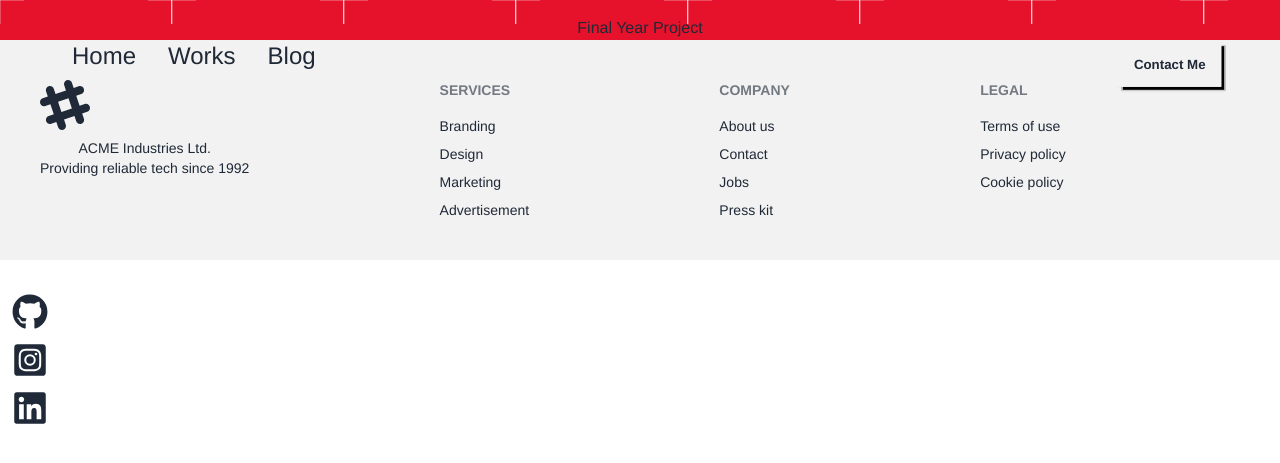
Repository: Ech026/echo-portfolio
Page: /echo-portfolio/my-work/echo-bike-app
An editor plug-in stored every save of this project. The page is shown before and after the next save, followed by the edit.
The browser window is 1280 px wide. The pictures show the whole page.
The project was rebuilt for these pictures with package versions that can differ from the ones it lists, and the page was loaded fresh each time. Also part of the build but not shown: vite.config.js, src/components/hero.jsx, src/components/main.jsx, src/components/project.jsx, src/components/works.jsx.

Above is the page before, as saved 2024-10-14 18:54:53.

### index.html
<!doctype html>
<html lang="en">
  <head>
    <meta charset="UTF-8" />
    <link rel="icon" type="image/svg+xml" href="/vite.svg" />
    <meta name="viewport" content="width=device-width, initial-scale=1.0" />
    <title>Aqil Aizuddin</title>
  </head>
  <body>
    <div id="root"></div>
    <script type="module" src="/src/main.jsx"></script>
  </body>
</html>

### src/main.jsx
import React from 'react'
import ReactDOM from 'react-dom/client'
import App from './App.jsx'
import './index.css'
import { BrowserRouter } from "react-router-dom";


ReactDOM.createRoot(document.getElementById('root')).render(
  <React.StrictMode>
    <BrowserRouter>
      <App />
    </BrowserRouter>
  </React.StrictMode>,
)

### src/App.jsx
import { useState } from 'react'
import reactLogo from './assets/react.svg'
import viteLogo from '/vite.svg'
import './App.css'

import { Route, Routes, useNavigate } from 'react-router-dom'


//component imports
import Main from './components/main'
import Works from './components/works'
import Blog from './components/works'
import Finalyearproj from './components/finalyearproj'


function App() {
  const [count, setCount] = useState(0)

  return (
    <>
      <Routes>
      <Route path="/echo-portfolio/" element= {
          <>
            <div className='bg bg-fixed w-screen '>
              <Main />
            </div>
          </>
        }
      />
      <Route path="/echo-portfolio/my-work" element= {
          <>
            <div className='bg bg-fixed w-screen '>
              <Works />
            </div>
          </>
        }
      />

      <Route path="/echo-portfolio/my-blog" element= {
          <>
            <div className='bg bg-fixed w-screen '>
              <Blog />
            </div>
          </>
        }
      />

      <Route path="/echo-portfolio/my-work/echo-bike-app" element= {
          <>
            <div className='bg bg-fixed w-screen '>
              <Finalyearproj />
            </div>
          </>
        }
      />

      </Routes>

    </>
  )
}

export default App

### src/App.css
#root {
  max-width: 100%;
  margin: 0 auto;
  text-align: center;
}

body{
  overflow-x: hidden;
  max-width: 100%;
}


.bg{
  background: radial-gradient(circle, transparent 20%, #e6122b 20%, #e6122b 80%, transparent 80%, transparent) 0% 0% / 172px 172px, radial-gradient(circle, transparent 20%, #e6122b 20%, #e6122b 80%, transparent 80%, transparent) 86px 86px / 172px 172px, linear-gradient(#ffffff 1.5px, transparent 1.5px) 0px -0.75px / 86px 86px, linear-gradient(90deg, #ffffff 1.5px, #e6122b 1.5px) -0.75px 0px / 86px 86px #e6122b;
  background-size: 172px 172px, 172px 172px, 86px 86px, 86px 86px;
  background-color: #e6122b;
}

.bg-2{
  background-image: radial-gradient(#e6122b 2px, transparent 2px);
  background-size: 80px 80px;
  background-color: #ffffff;
}

### src/components/finalyearproj.jsx
import React from 'react'
import Sidebar from './sidebar'
import Nav from './nav'
import Footer from './footer'

const finalyearproj = () => {
  return (
    <>
    <Sidebar/>
    <Nav/>

    <div>Final Year Project</div>
    <Footer/>
    </>
  )
}

export default finalyearproj

### src/components/sidebar.jsx
import React from 'react'
import { IconContext } from "react-icons";
import { FaGithub, FaInstagramSquare, FaLinkedin   } from "react-icons/fa";


const Sidebar = () => {
  return (
    <div className='z-10 fixed hidden md:flex flex-col justify-center h-screen'>
      <IconContext.Provider value={{ className: "m-3 text-4xl" }}>
        <div>
          <a href="#"><FaGithub /></a>
          <a href="#"><FaInstagramSquare /></a>
          <a href="https://www.linkedin.com/in/aqil-aizuddin-89616223b/" target='_blank'><FaLinkedin /></a>

        </div>
      </IconContext.Provider>
    </div>
  )
}

export default Sidebar

### src/components/nav.jsx
import React from 'react'
import { Link } from 'react-router-dom'

const Nav = () => {
  return (
    <>
      <div className='hidden md:flex justify-between w-screen text-2xl pt-10 absolute'>
          <div className='flex px-14'>
              <div className='px-4'><Link to={"/echo-portfolio/"}>Home</Link></div>
              <div className='px-4'><Link to={"/echo-portfolio/my-work"}>Works</Link></div>
              <div className='px-4'><Link to={"/echo-portfolio/my-blog"}>Blog</Link></div>

          </div>
          <div className='flex px-14 text-xl'>
              <button className='z-20 btn w-fit rounded-none'>Contact Me</button>
              <button className='btn w-fit rounded-none absolute mt-1 ml-1 bg-black'>Contact Me</button>


          </div>

      </div>
      <div className='flex justify-end p-2'>

      <details className="dropdown dropdown-end md:hidden absolute">
        <summary className="m-1 btn btn-circle swap swap-rotate float">
        {/* this hidden checkbox controls the state */}
        <input type="checkbox" />

        {/* hamburger icon */}
        <svg className="swap-off fill-current" xmlns="http://www.w3.org/2000/svg" width="32" height="32" viewBox="0 0 512 512"><path d="M64,384H448V341.33H64Zm0-106.67H448V234.67H64ZM64,128v42.67H448V128Z"/></svg>

        {/* close icon */}
        <svg className="swap-on fill-current" xmlns="http://www.w3.org/2000/svg" width="32" height="32" viewBox="0 0 512 512"><polygon points="400 145.49 366.51 112 256 222.51 145.49 112 112 145.49 222.51 256 112 366.51 145.49 400 256 289.49 366.51 400 400 366.51 289.49 256 400 145.49"/></svg></summary>

        <ul className="p-2 shadow menu dropdown-content z-[1] bg-base-100 rounded-box w-52">
          <li><a>Item 1</a></li>
          <li><a>Item 2</a></li>
        </ul>
      </details>

      </div>
    </>
  )
}

export default Nav

### src/components/footer.jsx
import React from 'react'

const Footer = () => {
  return (
    <footer className="footer p-10 bg-base-200 text-base-content">
        <aside>
            <svg width="50" height="50" viewBox="0 0 24 24" xmlns="http://www.w3.org/2000/svg" fillRule="evenodd" clipRule="evenodd" className="fill-current"><path d="M22.672 15.226l-2.432.811.841 2.515c.33 1.019-.209 2.127-1.23 2.456-1.15.325-2.148-.321-2.463-1.226l-.84-2.518-5.013 1.677.84 2.517c.391 1.203-.434 2.542-1.831 2.542-.88 0-1.601-.564-1.86-1.314l-.842-2.516-2.431.809c-1.135.328-2.145-.317-2.463-1.229-.329-1.018.211-2.127 1.231-2.456l2.432-.809-1.621-4.823-2.432.808c-1.355.384-2.558-.59-2.558-1.839 0-.817.509-1.582 1.327-1.846l2.433-.809-.842-2.515c-.33-1.02.211-2.129 1.232-2.458 1.02-.329 2.13.209 2.461 1.229l.842 2.515 5.011-1.677-.839-2.517c-.403-1.238.484-2.553 1.843-2.553.819 0 1.585.509 1.85 1.326l.841 2.517 2.431-.81c1.02-.33 2.131.211 2.461 1.229.332 1.018-.21 2.126-1.23 2.456l-2.433.809 1.622 4.823 2.433-.809c1.242-.401 2.557.484 2.557 1.838 0 .819-.51 1.583-1.328 1.847m-8.992-6.428l-5.01 1.675 1.619 4.828 5.011-1.674-1.62-4.829z"></path></svg>
            <p>ACME Industries Ltd.<br/>Providing reliable tech since 1992</p>
        </aside>
        <nav>
            <h6 className="footer-title">Services</h6>
            <a className="link link-hover">Branding</a>
            <a className="link link-hover">Design</a>
            <a className="link link-hover">Marketing</a>
            <a className="link link-hover">Advertisement</a>
        </nav>
        <nav>
            <h6 className="footer-title">Company</h6>
            <a className="link link-hover">About us</a>
            <a className="link link-hover">Contact</a>
            <a className="link link-hover">Jobs</a>
            <a className="link link-hover">Press kit</a>
        </nav>
        <nav>
            <h6 className="footer-title">Legal</h6>
            <a className="link link-hover">Terms of use</a>
            <a className="link link-hover">Privacy policy</a>
            <a className="link link-hover">Cookie policy</a>
        </nav>
    </footer>
  )
}

export default Footer

### tailwind.config.js
/** @type {import('tailwindcss').Config} */
export default {
  content: ["./index.html", "./src/**/*.{js,ts,jsx,tsx}"],
  theme: {
    fontFamily: {
      sans: ["Helvetica", "sans-serif"],
      serif: ["Merriweather", "serif"],
    },
    extend: {},
  },
  plugins: [require("daisyui")],
};

Loaded but not shown: src/index.css (common file)

After the next save:
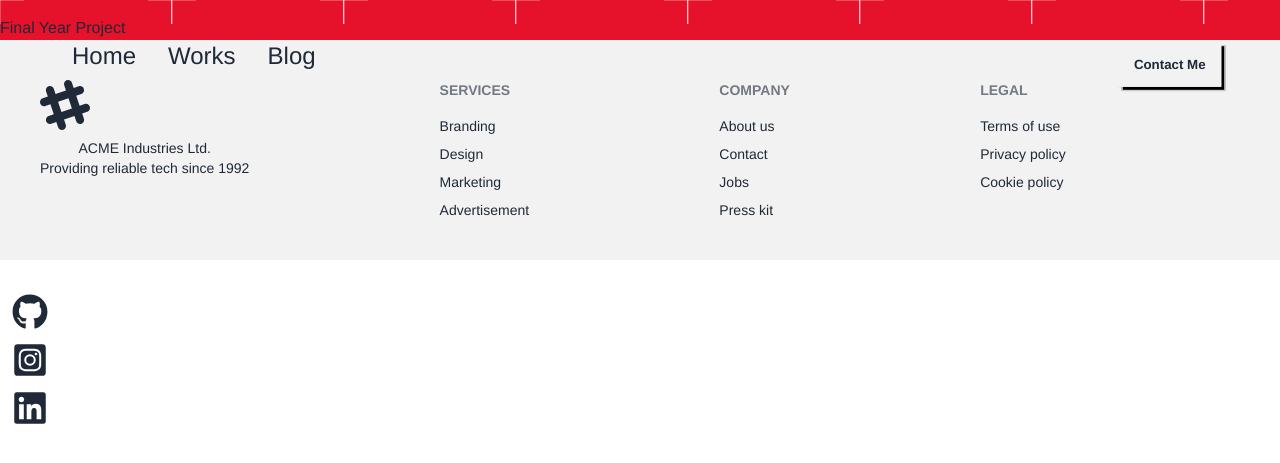
Saved 38 s later.
--- a/src/components/finalyearproj.jsx
+++ b/src/components/finalyearproj.jsx
@@ -9,7 +9,9 @@
     <Sidebar/>
     <Nav/>
 
-    <div>Final Year Project</div>
+    <div className='flex'>
+        <h1>Final Year Project</h1>
+    </div>
     <Footer/>
     </>
   )
